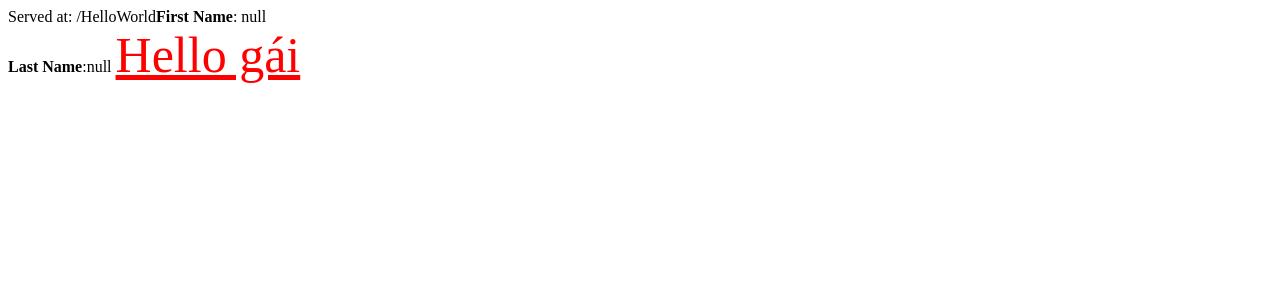
Repository: 1105trxc/LapTrinhWeb-2526
Page: http://localhost/HelloWorld/Login.html
These files come from the project's save history. The page is drawn as it stood at one moment and after the next save; the edit follows.
The browser window is 1280 px wide. The pictures show the whole page.
The page is served by Tomcat 10.

Above is the page before, as saved 2025-08-20 06:54:20.

After the next save:
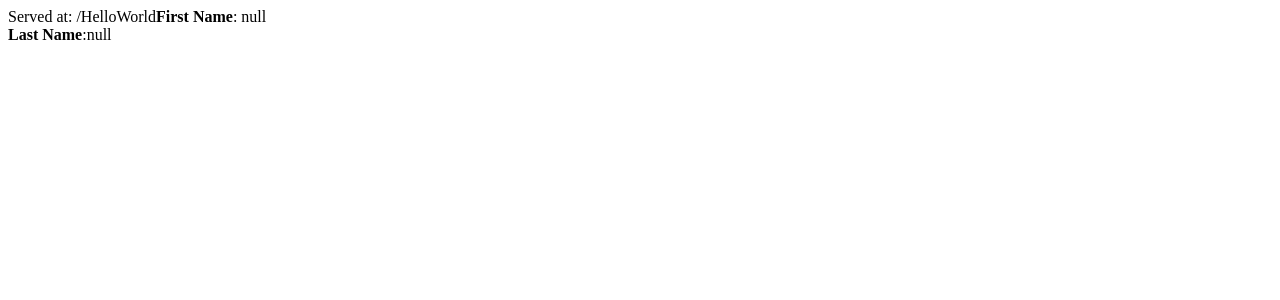
Saved 69 s later.
--- a/HelloWorld/src/main/java/minimal/controller/HelloController.java
+++ b/HelloWorld/src/main/java/minimal/controller/HelloController.java
@@ -45,10 +45,10 @@ public class HelloController extends HttpServlet {
 		PrintWriter out = response.getWriter();
 		out.println("<b>First Name</b>: " + ten + "<br/><b>Last Name</b>:" + holot);
 
-		// Set response content type
-		response.setContentType("text/html");
-		// Actual logic goes here.
-		out.println("<a style ='color : red; font-size: 50px' href='https://www.facebook.com/dangkhoa.trac' >" + message + "</a>");
+//		// Set response content type
+//		response.setContentType("text/html");
+//		// Actual logic goes here.
+//		out.println("<a style ='color : red; font-size: 50px' href='https://www.facebook.com/dangkhoa.trac' >" + message + "</a>");
 
 	}
 
